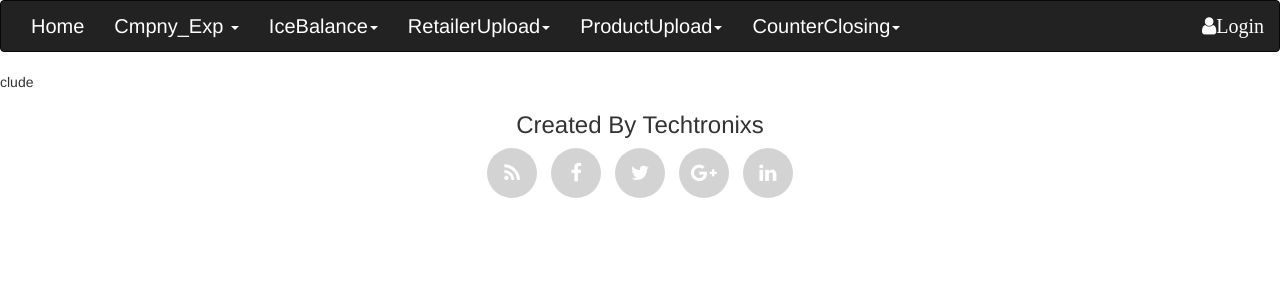
Repository: Abinesh-T/FinallDtProject
Page: http://localhost/SamundiAgencies/views/CounterClosingUpload.jsp
These files come from the project's save history. The page is drawn as it stood at one moment and after the next save; the edit follows.
The browser window is 1280 px wide. The pictures show the whole page.
Some web libraries are served in a nearby version. The page is served by Tomcat 9. Nobody is signed in. The application's start-up code is not run.

Above is the page before, as saved 2018-07-25 05:40:35.

After the next save:
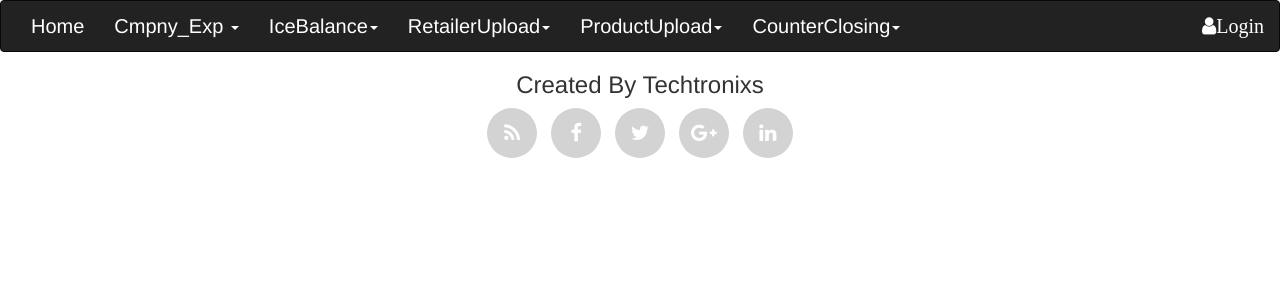
Saved 18 s later.
--- a/SamundiAgencies/src/main/webapp/views/CounterClosingUpload.jsp
+++ b/SamundiAgencies/src/main/webapp/views/CounterClosingUpload.jsp
@@ -7,7 +7,7 @@
 <title>Techtronixs</title>
 </head>
 <body>
-<jsp:include page="header.jsp"></jsp:include>clude
+<jsp:include page="header.jsp"></jsp:include>
 <jsp:include page="footer.jsp"></jsp:include>
 </body>
 </html>
